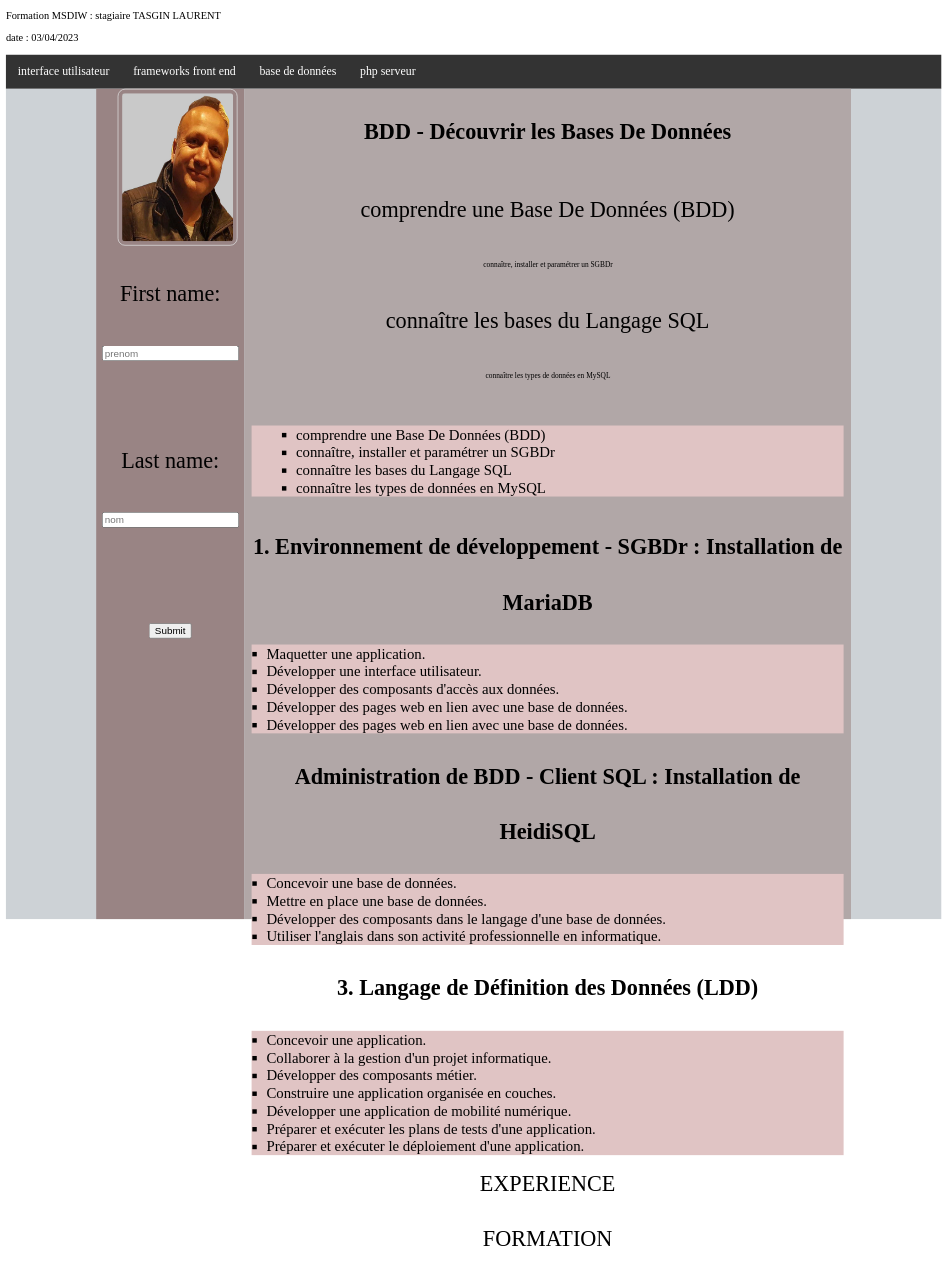
Repository: laurentbul/ApplicationEssai
Page: exercice/ex1/stagiaire_laurent/BACK/BDD/SQL/bdd1_alimenter.html
The author's editor kept a copy of each file at every save. The page is drawn from the files as they stood at one save, then again after the next save.
The browser window is 1280 px wide. The pictures show the whole page, at 74% of full size.

Above is the page before, as saved 2023-04-06 06:12:26.

After the next save:
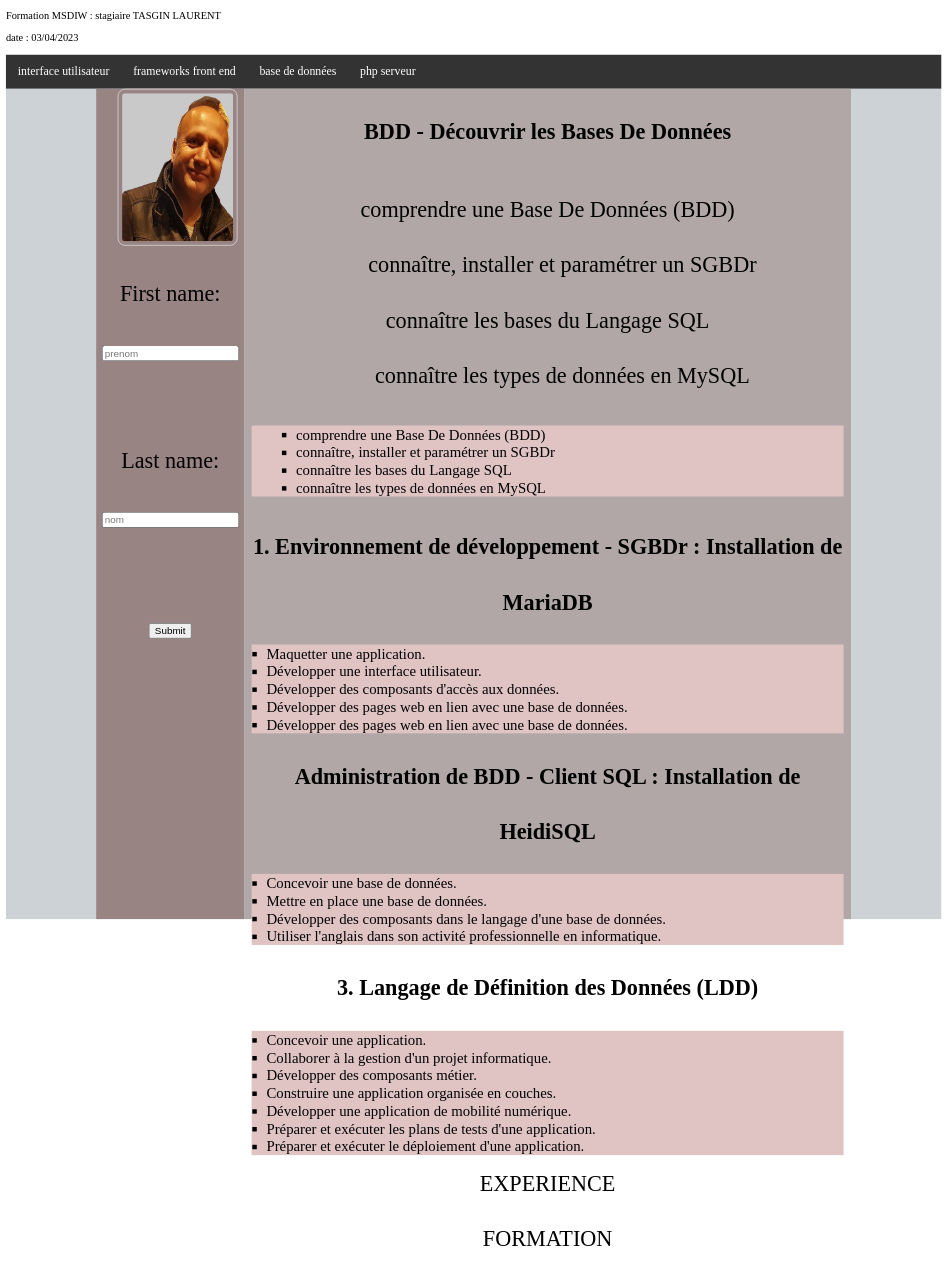
Saved 28 s later.
--- a/exercice/ex1/stagiaire_laurent/FRONT/STATIQUE/CSS/msdiw.css
+++ b/exercice/ex1/stagiaire_laurent/FRONT/STATIQUE/CSS/msdiw.css
@@ -19,11 +19,7 @@
     text-align:left;
 }
 
-dd {
-  display: block;
-  margin-left: 1px;
-  font-size: 10px;
-}
+
 h1 {
     font-size: 30px;
   }
